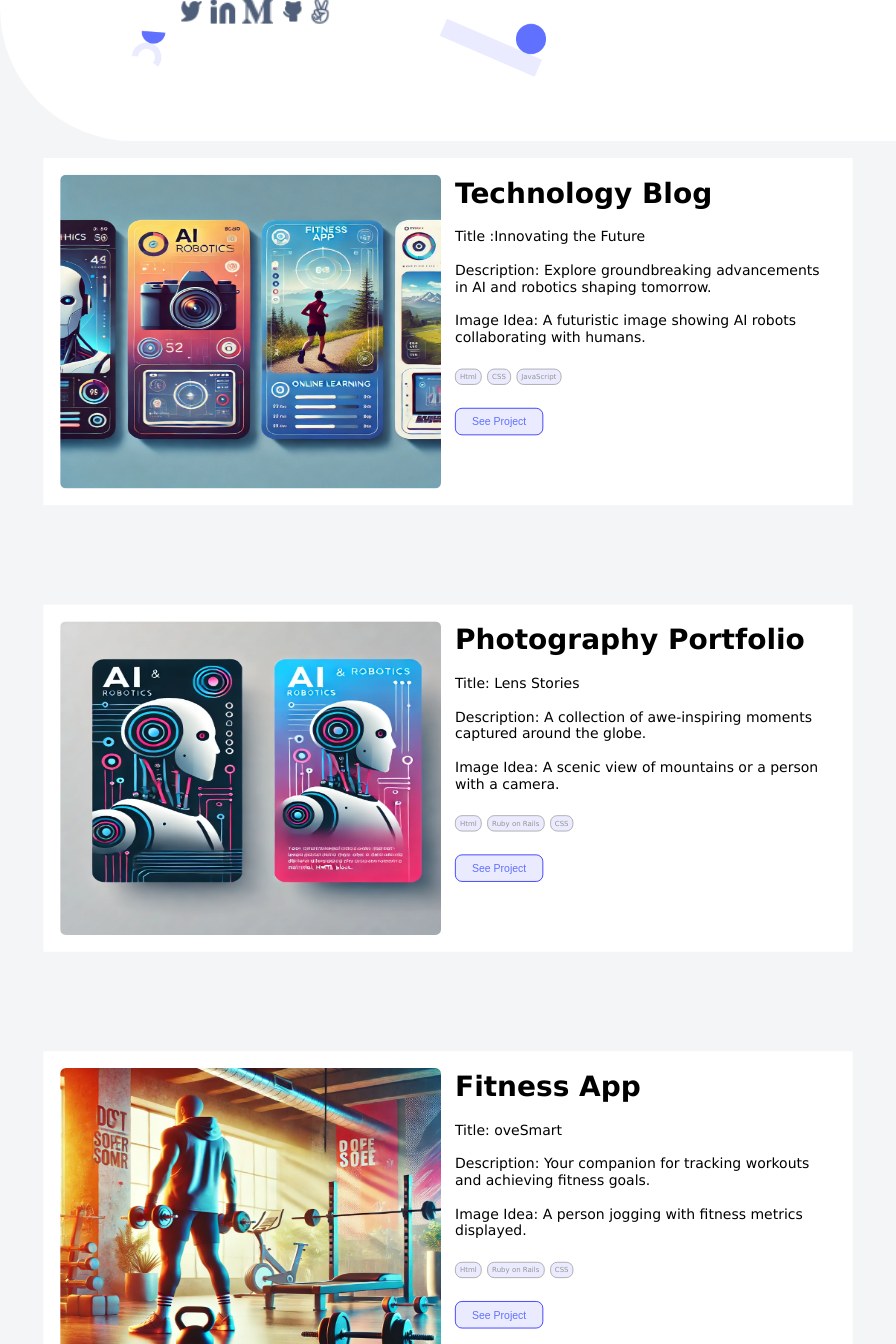
Repository: usman3123/portfolio-template-3
Page: index.html
These files come from the project's save history. The page is drawn as it stood at one moment and after the next save; the edit follows.
The browser window is 1280 px wide. The pictures show the part of the page from y = 644 to 2564 px (the page is 5333 px tall before and 2923 px after), at 70% of full size.
Some web libraries are served in a nearby version.

Above is the page before, as saved 2025-01-29 18:00:01.

### index.html
<!DOCTYPE html>
<html lang="en">
<head>
  <meta charset="UTF-8">
  <meta name="viewport" content="width=device-width, initial-scale=1.0">
  <title>project 2</title>
  <link rel="stylesheet" href="style.css">
  <link href='https://unpkg.com/boxicons@2.1.4/css/boxicons.min.css' rel='stylesheet'>
  <link rel="stylesheet" href="https://cdnjs.cloudflare.com/ajax/libs/font-awesome/6.6.0/css/all.min.css" integrity="sha512-Kc323vGBEqzTmouAECnVceyQqyqdsSiqLQISBL29aUW4U/M7pSPA/gEUZQqv1cwx4OnYxTxve5UMg5GT6L4JJg==" crossorigin="anonymous" referrerpolicy="no-referrer" />
  <link rel="stylesheet" href="https://cdnjs.cloudflare.com/ajax/libs/font-awesome/6.6.0/css/all.min.css" integrity="sha512-Kc323vGBEqzTmouAECnVceyQqyqdsSiqLQISBL29aUW4U/M7pSPA/gEUZQqv1cwx4OnYxTxve5UMg5GT6L4JJg==" crossorigin="anonymous" referrerpolicy="no-referrer" />

  <link rel="stylesheet" href="https://cdnjs.cloudflare.com/ajax/libs/font-awesome/6.7.2/css/all.min.css">
  <link rel="preconnect" href="https://fonts.googleapis.com">
<link rel="preconnect" href="https://fonts.gstatic.com" crossorigin>
<link href="https://fonts.googleapis.com/css2?family=Poppins:ital,wght@0,100;0,200;0,300;0,400;0,500;0,600;0,700;0,800;0,900;1,100;1,200;1,300;1,400;1,500;1,600;1,700;1,800;1,900&display=swap" rel="stylesheet">
</head>

<body>
<section class="webpage">
  <!-- Navbar -->

 <div class="hero-page">
  <div class="header-div">
    <nav class="nav-bar flex">
        <h4 class="nav-heading">My Logo</h4>
        <div class="nav-links flex">
            <a href="#myportfolio" class="link">Portfolo</a>
            <a href="myabout" class="link">About</a>
            <a href="mycontact" class="link" >Contact</a>
        </div>
        <i class="fa-solid fa-light fa-bars fa-xl " id="nav-icon"></i>
    </nav>
</div>

  <!-- Main Content -->
  <section id="myportfolio" class="hero-section flex">
    <div class="hero-content flex">
        <h1 class="hero-head"> I'm USMAN!
          Glad to see you.
      </h1>
      <p class="hero-p">
         I'm a software developer! I can help you build a product , feature or website Look through  some of my work and experience! If you like what you see and have a project you need coded, don’t hesitate to contact me.
      </p>
     <p class="let-connect"> LET'S CONNECT</p>

      <div class="icons flex">
          <img src="/assets/twitter.png" class="media-icon">
          <img src="assets/Linkedin.png" class="media-icon">
          <img src="assets/M.png" class="media-icon">
          <img src="assets/Github.png" class="media-icon">
          <img src="assets/V.png" class="media-icon">
      </div>
    </div>
  </section>

 </div>
  <!-- Cards Section -->

  <section class="cards flex">

  </section>


   <!-- ABOUT MYSELF -->

   <section id="myabout" class="about flex">

    <div class="about-intro flex">
      <h1 class="about-head">About Myself</h1>
      <p class="about-paragraph">Hello I'm a software developer! I can help you build a product , feature or website Look through some of my work and experience! If you like what you see and have a project you need coded, don't hesitate to contact me.</p>
        <p class="connect">Let's Connect</p>
        <div class="icons flex icon-gap">
          <img src="assets/twitter.png" class="twitter">
          <img src="assets/Linkedin.png" class="inimage">
          <img src="assets/M.png" class="mimage">
          <img src="assets/Github.png" class="tomimage">
          <img src="assets/V.png" class="protocol">
      </div>
      <button class="content-btn rsm-btn"> Get my resume</button>
    </div>

    <div class="about-skills flex">
      <div class="about-all flex">
        <p>Languages</p>
        <i class='bx bx-chevron-down'></i>
      </div>
      <div class="about-lang flex">
        <div class="about-lang-img flex">
          <i class="fa-brands fa-js sty-i" style="color: #ff0000;"></i>
          <p>JavaScript</p>
        </div>
        <div class="about-lang-img flex">
          <i class="fa-brands fa-html5 sty-i" style="color: #FFD43B;"></i>
          <p>Html</p>

        </div>
        <div class="about-lang-img flex">
          <i class="fa-brands fa-css3-alt sty-i" style="color: #74C0FC;"></i>
          <p>css</p>
        </div>
      </div>
      <div class="about-all flex">
        <p> Frameworks</p>
        <i class='bx bx-chevron-right'></i>
      </div>
      <div class="about-all flex">
        <p>Skills</p>
        <i class='bx bx-chevron-right'></i>
        </div>
        </div>
  </section>


  <!-- Contact section -->

    <section id="mycontact" class="contact-section flex">
    <h1 class="contact-heading">Contact Me</h1>
    <p class="contact-description flex">
        If you have an application you are interested in developing, a feature that you need built, or a project that needs coding, I'd love to help with it!
    </p>
    <form class="contact-form flex">
        <input class="form-input" type="text" placeholder="Your Name">
        <input class="form-input" type="email" placeholder="Your Email">
        <textarea class="form-message" placeholder="Write your message here..."></textarea>
        <button class="form-button flex">Get in Touch</button>
    </form>

</section>
</section>
<div class="container"></div>


<script src="index.js"></script>
</body>
</html>

### index.js
arr = [
    {
        img : "/assets/card-1img.webp",
        h2 : "Technology Blog",
        paragraph1 : "Title :Innovating the Future",
        p_description : "Description: Explore groundbreaking advancements in AI and robotics shaping tomorrow.",
        paragraph2 :"Image Idea: A futuristic image showing AI robots collaborating with humans.",
        lang1 : "Html",
        lang2 : "CSS",
        lang3 : "JavaScript",
        button : "See Project"
    },
    {
        img : "/assets/card-2img.webp",
        h2 : "Photography Portfolio",
        paragraph1 : "Title: Lens Stories",
        p_description : "Description: A collection of awe-inspiring moments captured around the globe.",
        paragraph2 :"Image Idea: A scenic view of mountains or a person with a camera.",
        lang1 : "Html",
        lang2 :"Ruby on Rails",
        lang3 : "CSS",
        lang4 : "JavaScript",
        button : "See Project"
    },
    {
        img : "/assets/card-3img.webp",
        h2 : "Fitness App",
        paragraph1 : "Title: oveSmart",
        p_description :"Description: Your companion for tracking workouts and achieving fitness goals.",
        paragraph2 :"Image Idea: A person jogging with fitness metrics displayed.",
        lang1 : "Html",
        lang2 :"Ruby on Rails",
        lang3 : "CSS",
        lang4 : "JavaScript",
        button : "See Project"
    },
    {
        img : "/assets/card-4img.webp" ,
        h2 : "Online Learning",
        paragraph1 : "Title: Skillify",
        p_description : "Description: Join courses from world-class instructors and master new skills.",
        paragraph2 :"Image Idea: A laptop with an open notebook and a student studying.",
        lang1 : "Html",
        lang2 :"Ruby on Rails",
        lang3 : "CSS",
        lang4 : "JavaScript",
        button : "See Project"
    }
]

const cards = document.querySelector(".cards");
arr.forEach((element) => {
    cards.innerHTML += `<div class="card flex">
      <img class="card-img" src= ${element.img} alt="CARD_!_IMG">
      <div class="card-content flex">
        <h2 class="card-head">${element.h2}</h2>
        <p class="content-p">${element.paragraph1}</p>
        <p class="content-sp">${element.p_description}</p>
        <p class="content-p">${element.paragraph2}</p>
        <div class="languages flex">
          <p class="lang">${element.lang1}</p>
          <p class="lang">${element.lang2}</p>
          <p class="lang">${element.lang3}</p>
        </div>
        <button class="content-btn">${element.button}</button>
      </div>
    </div>
`
});




















/* <div class="card flex">
      <img class="card-img" src="/assets/card-1img.webp" alt="CARD_!_IMG">
      <div class="card-content flex">
        <h2 class="card-head">Technology Blog</h2>
        <p class="content-p">Title: "Innovating the Future"</p>
        <p class="content-sp">Description: "Explore groundbreaking advancements in AI and robotics shaping tomorrow."</p>
        <p class="content-p">Image Idea: A futuristic image showing AI robots collaborating with humans.</p>
        <div class="languages flex">
          <p class="lang">Html</p>
          <p class="lang">CSS</p>
          <p class="lang">JavaScript</p>
        </div>
        <button class="content-btn">See Project</button>
      </div>
    </div>
    <div class="card flex">
      <img class="card-img" src="/assets/card-2img.webp" alt="CARD_!_IMG">
      <div class="card-content flex">
        <h2 id="photo-head">Photography Portfolio</h2>
        <p class="content-p">Title: "Lens Stories"<p>
        <p class="content-sp">Description: "A collection of awe-inspiring moments captured around the globe."</p>
        <p class="content-p">Image Idea: A scenic view of mountains or a person with a camera.
        </p>
        <div class="languages flex">
          <p class="lang">Html</p>
          <p class="lang">Ruby on Rails</p>
          <p class="lang">CSS</p>
          <p class="lang">JavaScript</p>
        </div>
        <button class="content-btn">See Project</button>
      </div>
    </div>
    <div class="card flex">
      <img class="card-img" src="/assets/card-3img.webp" alt="CARD_!_IMG">
      <div class="card-content flex">
        <h2 class="card-head">Fitness App</h2>
        <p class="content-p">Title: "MoveSmart"<p>
        <p class="content-sp">Description: "Your companion for tracking workouts and achieving fitness goals."</p>
        <p class="content-p">Image Idea: A person jogging with fitness metrics displayed.</p>
        <div class="languages flex">
          <p class="lang">Html</p>
          <p class="lang">Ruby on Rails</p>
          <p class="lang">CSS</p>
          <p class="lang">JavaScript</p>
        </div>
        <button class="content-btn">See Project</button>
      </div>
    </div>
    <div class="card flex">
      <img class="card-img" src="/assets/card-4img.webp" alt="CARD_!_IMG">
      <div class="card-content flex">
        <h2 class="card-head">Online Learning</h2>
        <p class="content-p">Title: "Skillify"p>
        <p class="content-sp">Description: "Join courses from world-class instructors and master new skills."</p>
        <p class="content-p">Image Idea: A laptop with an open notebook and a student studying.</p>
        <div class="languages flex">
          <p class="lang">Html</p>
          <p class="lang">Ruby on Rails</p>
          <p class="lang">CSS</p>
          <p class="lang">JavaScript</p>
        </div>
        <button class="content-btn">See Project</button>
      </div>
    </div> */

Loaded but not shown: style.css (514 lines, source omitted)

After the next save:
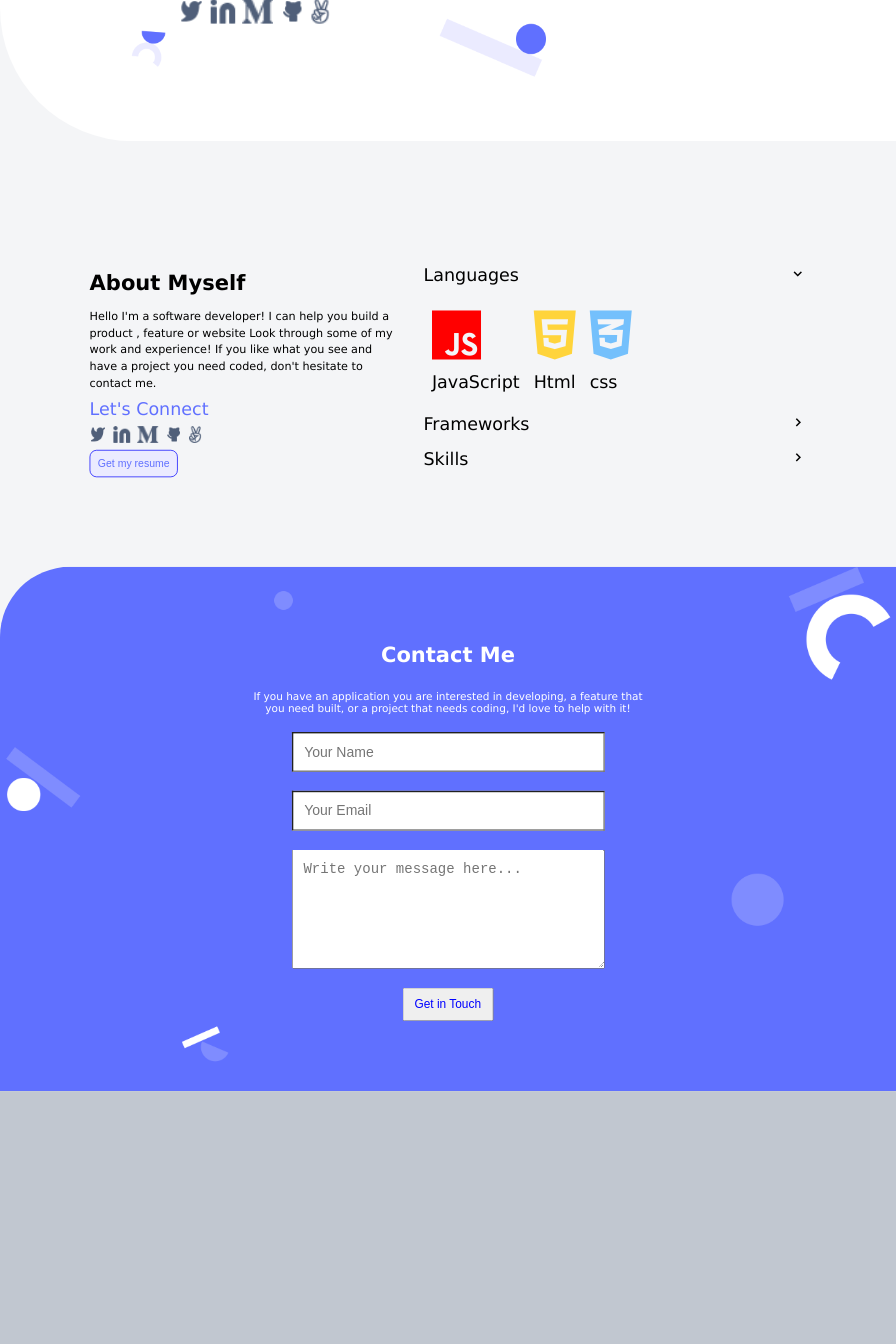
Console error: SyntaxError: Unexpected token '{'
Saved 17 min 16 s later.
--- a/index.js
+++ b/index.js
@@ -8,7 +8,9 @@
         lang1 : "Html",
         lang2 : "CSS",
         lang3 : "JavaScript",
-        button : "See Project"
+        lang5 : "Boot Strap",
+        button : "See Project",
+        year : "2023"
     },
     {
         img : "/assets/card-2img.webp",
@@ -20,7 +22,9 @@
         lang2 :"Ruby on Rails",
         lang3 : "CSS",
         lang4 : "JavaScript",
-        button : "See Project"
+        lang5 : "Boot Strap",
+        button : "See Project",
+        year : "2024"
     },
     {
         img : "/assets/card-3img.webp",
@@ -32,7 +36,9 @@
         lang2 :"Ruby on Rails",
         lang3 : "CSS",
         lang4 : "JavaScript",
-        button : "See Project"
+        lang5 : "Boot Strap",
+        button : "See Project",
+        year : "2025"
     },
     {
         img : "/assets/card-4img.webp" ,
@@ -44,7 +50,9 @@
         lang2 :"Ruby on Rails",
         lang3 : "CSS",
         lang4 : "JavaScript",
-        button : "See Project"
+        lang5 : "Boot Strap",
+        button : "See Project",
+        year : "2025"
     }
 ]
 
@@ -68,11 +76,84 @@
 `
 });
 
-
-
-
-
-
+popup() {
+  const popup = document.querySelector(".container");
+  popup.innerHTML = `<div class="inner-container">
+<div class="icon-head flex">
+    <h2 class="heading flex">${element.h2}</h2>
+    <i class="fa-solid fa-x" ></i>
+</div>
+<div class="languages flex">
+    <p class="lang">Canopy</p>
+    <p class="lang">Back End Dev</p>
+    <p class="lang">${element.year}</p>
+</div>
+<img src="/assets/Snapshoot Portfolio.png" class="wrapimg">
+<div class="languages flex">
+    <p class="lang">${element.lang1}</p>
+    <p class="lang">${element.lang5}</p>
+    <p class="lang">${element.lang2}</p>
+</div>
+
+<div class="paragraph">
+    <p class="p1">${paragraph1}</p>
+    <p class="p2">${p_description}</p>
+    <p class="p3">${paragraph2}</p>
+</div>
+
+<div class="buttons flex">
+    <div class="livebtn flex">
+        <p>See live</p>
+        <img src="/assets/Icon - Export.svg" class="btnimg">
+    </div>
+    <div class="sourcebtn flex">
+        <p>See source</p>
+        <img src="/assets/Icon -GitHub.png" class="btnimg">
+    </div>
+</div>
+
+</div>`
+}
+
+
+
+
+{/* <div class="inner-container">
+<div class="icon-head flex">
+    <h2 class="heading flex">Tonic</h2>
+    <i class="fa-solid fa-x" ></i>
+</div>
+<div class="languages flex">
+    <p class="lang">Canopy</p>
+    <p class="lang">Back End Dev</p>
+    <p class="lang">2015</p>
+</div>
+<img src="/assets/Snapshoot Portfolio.png" class="wrapimg">
+<div class="languages flex">
+    <p class="lang">HTML</p>
+    <p class="lang">Bootstrap</p>
+    <p class="lang">Ruby on rails</p>
+</div>
+
+<div class="paragraph">
+    <p class="p1">Lorem Ipsum is simply dummy text of the printing and typesetting industry. Lorem Ipsum has been the industry's standard dummy text ever since the 1500s, when an unknown printer took a galley of type and scrambled it 1960s.</p>
+    <p class="p2">Lorem Ipsum is simply dummy text of the printing and typesetting industry. Lorem Ipsum has been the industry's standard dummy text ever since the 1500s, when an unknown printer took a galley of type and scrambled it 1960s with the releax map lapora verita.</p>
+    <p class="p3">Lorem Ipsum is simply dummy text of the printing and typesetting industry. Lorem Ipsum has been the industry's standard dummy text ever since the 1500s, when an unknown printer took a galley of type and scrambled it to make a type specimen book. It has survived not only five centuries, but also the leap into electronic typesetting, remaining essent</p>
+</div>
+
+<div class="buttons flex">
+    <div class="livebtn flex">
+        <p>See live</p>
+        <img src="/assets/Icon - Export.svg" class="btnimg">
+    </div>
+    <div class="sourcebtn flex">
+        <p>See source</p>
+        <img src="/assets/Icon -GitHub.png" class="btnimg">
+    </div>
+</div>
+
+</div>
+ */}
 
 
 

After the 2 saves that followed:
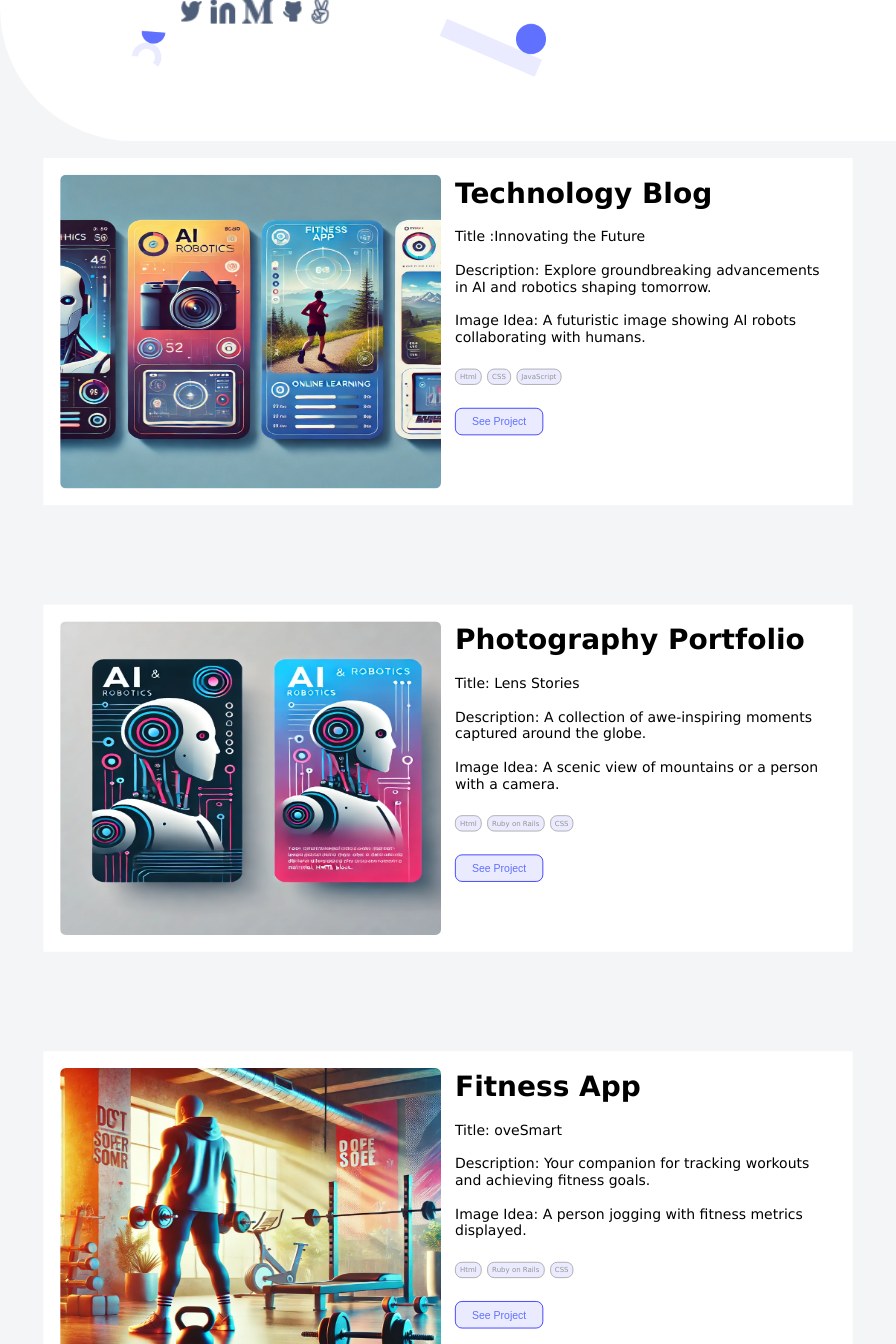
Console error: ReferenceError: paragraph1 is not defined
The 2 saves are shown as one change because 1 left the picture as it was.
The last was saved 6 min 22 s later.
--- a/index.js
+++ b/index.js
@@ -76,44 +76,45 @@
 `
 });
 
-popup() {
   const popup = document.querySelector(".container");
-  popup.innerHTML = `<div class="inner-container">
-<div class="icon-head flex">
-    <h2 class="heading flex">${element.h2}</h2>
-    <i class="fa-solid fa-x" ></i>
-</div>
-<div class="languages flex">
-    <p class="lang">Canopy</p>
-    <p class="lang">Back End Dev</p>
-    <p class="lang">${element.year}</p>
-</div>
-<img src="/assets/Snapshoot Portfolio.png" class="wrapimg">
-<div class="languages flex">
-    <p class="lang">${element.lang1}</p>
-    <p class="lang">${element.lang5}</p>
-    <p class="lang">${element.lang2}</p>
-</div>
-
-<div class="paragraph">
-    <p class="p1">${paragraph1}</p>
-    <p class="p2">${p_description}</p>
-    <p class="p3">${paragraph2}</p>
-</div>
-
-<div class="buttons flex">
-    <div class="livebtn flex">
-        <p>See live</p>
-        <img src="/assets/Icon - Export.svg" class="btnimg">
-    </div>
-    <div class="sourcebtn flex">
-        <p>See source</p>
-        <img src="/assets/Icon -GitHub.png" class="btnimg">
-    </div>
-</div>
-
-</div>`
-}
+  arr.forEach((element) => {
+    popup.innerHTML = `<div class="inner-container">
+    <div class="icon-head flex">
+        <h2 class="heading flex">${element.h2}</h2>
+        <i class="fa-solid fa-x" ></i>
+    </div>
+    <div class="languages flex">
+        <p class="lang">Canopy</p>
+        <p class="lang">Back End Dev</p>
+        <p class="lang">${element.year}</p>
+    </div>
+    <img src="/assets/Snapshoot Portfolio.png" class="wrapimg">
+    <div class="languages flex">
+        <p class="lang">${element.lang1}</p>
+        <p class="lang">${element.lang5}</p>
+        <p class="lang">${element.lang2}</p>
+    </div>
+
+    <div class="paragraph">
+        <p class="p1">${paragraph1}</p>
+        <p class="p2">${p_description}</p>
+        <p class="p3">${paragraph2}</p>
+    </div>
+
+    <div class="buttons flex">
+        <div class="livebtn flex">
+            <p>See live</p>
+            <img src="/assets/Icon - Export.svg" class="btnimg">
+        </div>
+        <div class="sourcebtn flex">
+            <p>See source</p>
+            <img src="/assets/Icon -GitHub.png" class="btnimg">
+        </div>
+    </div>
+
+    </div>`
+  });
+
 
 
 
